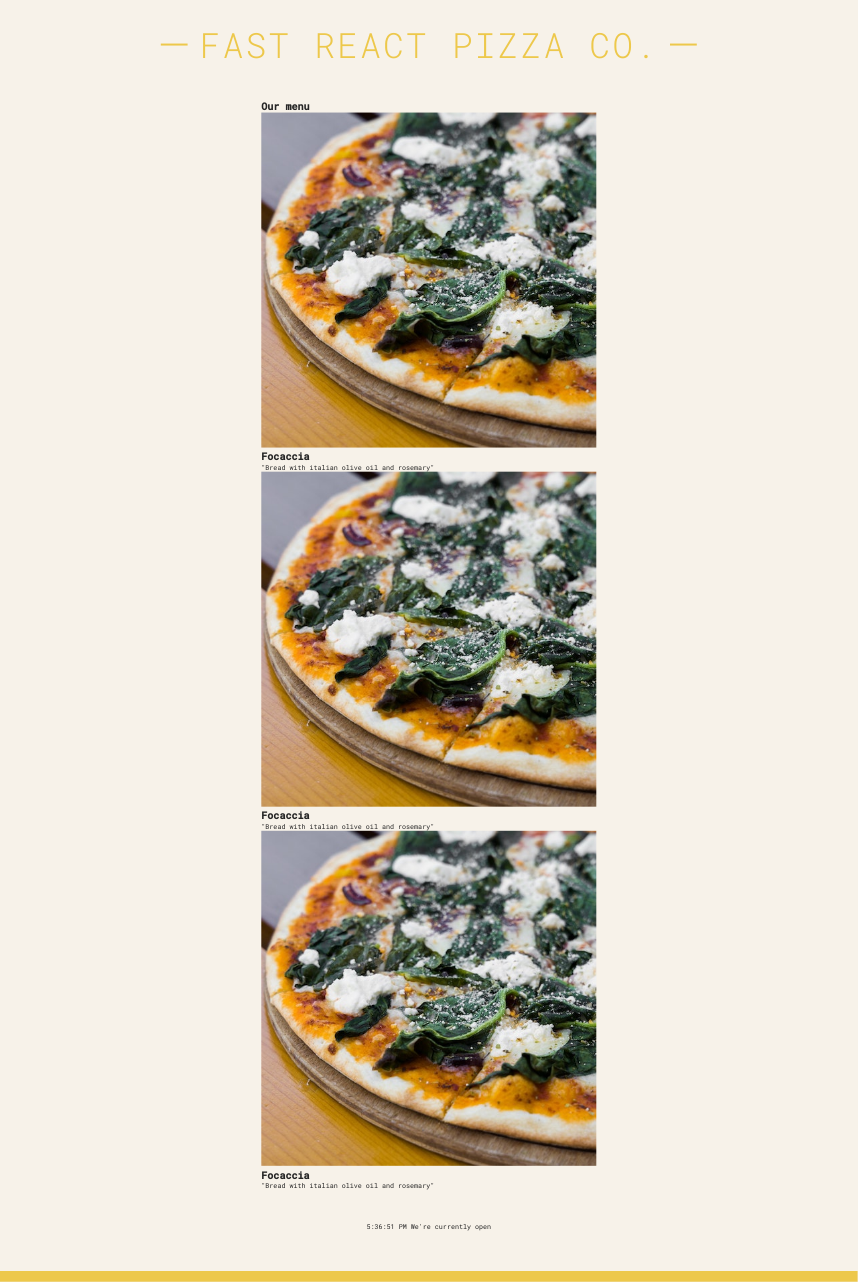
Repository: ahmedharidy/First-React-App
Page: /
An editor plug-in stored every save of this project. The page is shown before and after the next save, followed by the edit.
The browser window is 1280 px wide. The pictures show the whole page, at 67% of full size.
The project was rebuilt for these pictures with package versions that can differ from the ones it lists, and the page was loaded fresh each time.

Above is the page before, as saved 2026-09-22 09:16:07.

### src/index.js
import React from "react";
import ReactDOM from "react-dom/client";
import "./index.css";

const pizzaData = [
  {
    name: "Focaccia",
    ingredients: "Bread with italian olive oil and rosemary",
    price: 6,
    photoName: "pizzas/focaccia.jpg",
    soldOut: false,
  },
  {
    name: "Pizza Margherita",
    ingredients: "Tomato and mozarella",
    price: 10,
    photoName: "pizzas/margherita.jpg",
    soldOut: false,
  },
  {
    name: "Pizza Spinaci",
    ingredients: "Tomato, mozarella, spinach, and ricotta cheese",
    price: 12,
    photoName: "pizzas/spinaci.jpg",
    soldOut: false,
  },
  {
    name: "Pizza Funghi",
    ingredients: "Tomato, mozarella, mushrooms, and onion",
    price: 12,
    photoName: "pizzas/funghi.jpg",
    soldOut: false,
  },
  {
    name: "Pizza Salamino",
    ingredients: "Tomato, mozarella, and pepperoni",
    price: 15,
    photoName: "pizzas/salamino.jpg",
    soldOut: true,
  },
  {
    name: "Pizza Prosciutto",
    ingredients: "Tomato, mozarella, ham, aragula, and burrata cheese",
    price: 18,
    photoName: "pizzas/prosciutto.jpg",
    soldOut: false,
  },
];
function App() {
  return (
    <div className="container">
      <Header />
      <Menu />
      <Footer />
    </div>
  );
}

function Pizza() {
  return (
    <div>
      <img src="pizzas/spinaci.jpg" alt="alt"></img>
      <h2>Focaccia</h2>
      <p>"Bread with italian olive oil and rosemary"</p>
    </div>
  );
}

function Header() {
  //   const style = { color: "red", fontSize: "48px", textTransform: "uppercase" };
  const style = {};
  return (
    <header className="header">
      <h1 style={style}>Fast react pizza co.</h1>
    </header>
  );
}
function Menu() {
  return (
    <div>
      <h2>Our menu</h2>
      <Pizza />
      <Pizza />
      <Pizza />
    </div>
  );
}
function Footer() {
  const hour = new Date().getHours();
  const openHour = 12;
  const closeHour = 22;
  const isOpen = hour >= openHour && hour <= closeHour;

  //   if (hour >= openHour && hour <= closeHour) alert("were currently open!");
  //   else alert("sorry were closed");

  return (
    <footer>{new Date().toLocaleTimeString()} We're currently open</footer>
  );
  //   return React.createElement("footer", null, "we're currently open");
}

const root = ReactDOM.createRoot(document.getElementById("root"));

root.render(<App />);

Loaded but not shown: public/index.html (common file); src/index.css (common file)

After the next save:
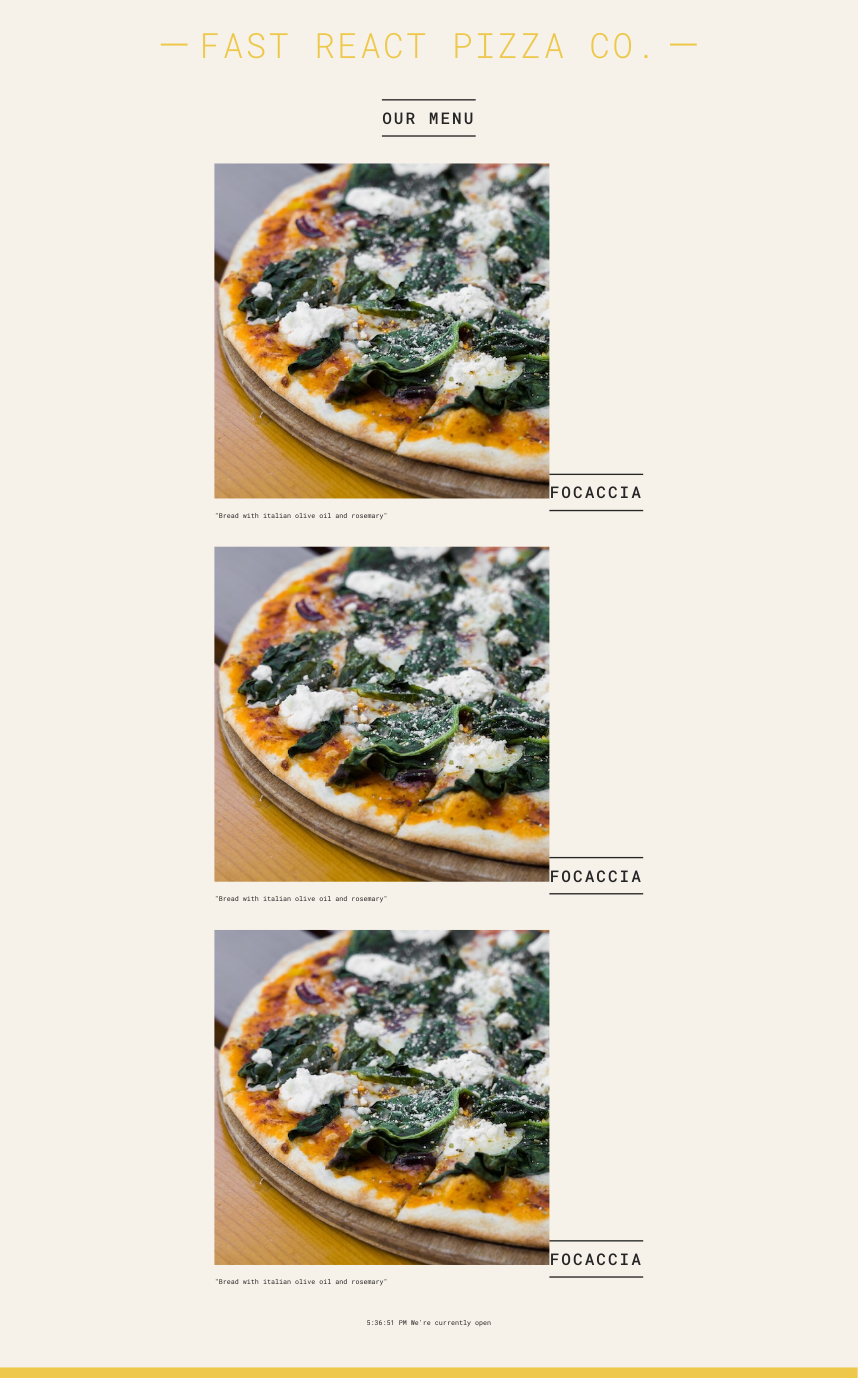
Saved 15 s later.
--- a/src/index.js
+++ b/src/index.js
@@ -77,7 +77,7 @@ function Header() {
 }
 function Menu() {
   return (
-    <div>
+    <div className="menu">
       <h2>Our menu</h2>
       <Pizza />
       <Pizza />
